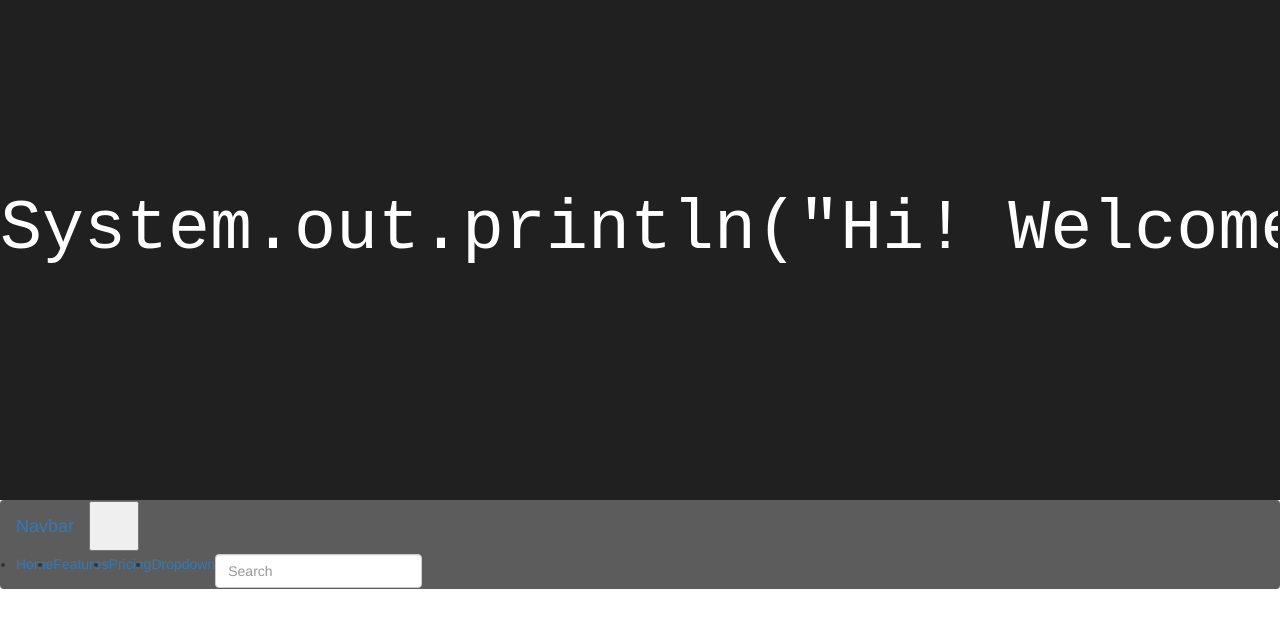
Repository: janry-gracia/Divinagracia_FinalProject
Page: Pages/storyofmylife.html
The author's editor kept a copy of each file at every save. The page is drawn from the files as they stood at one save, then again after the next save.
The browser window is 1280 px wide. The pictures show the whole page.

Above is the page before, as saved 2021-05-18 01:20:20.
Console error: TypeError: Cannot read properties of null (reading 'addEventListener')

After the next save:
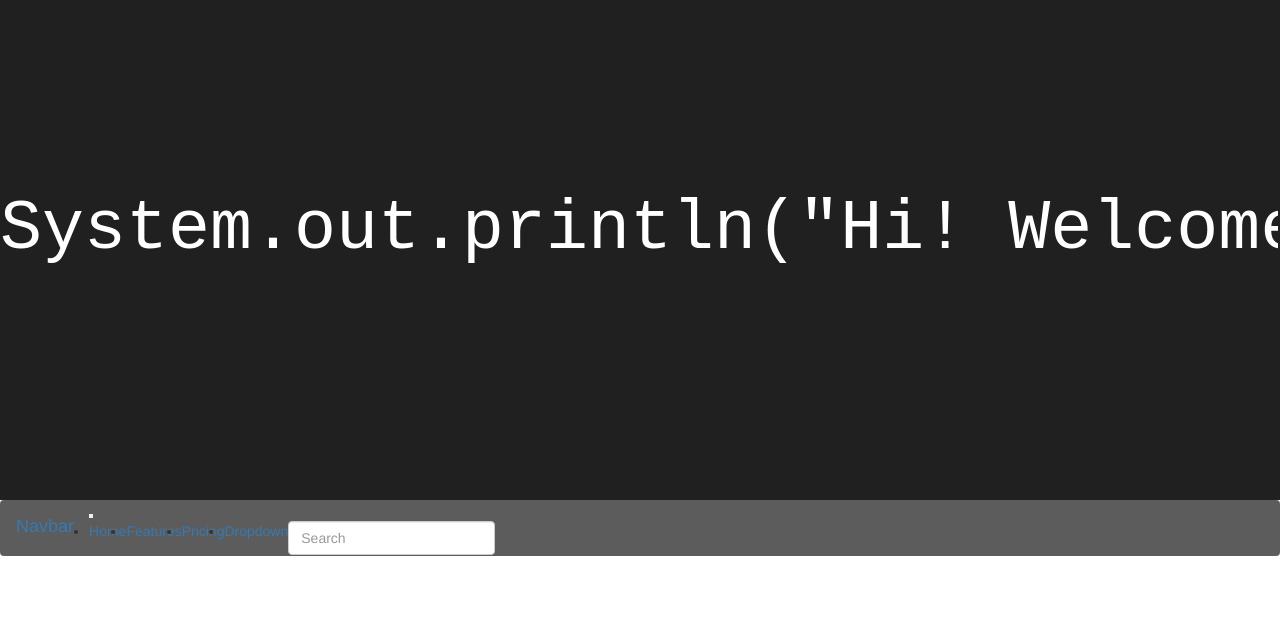
Saved 95 s later.
--- a/css/storyofmylife.css
+++ b/css/storyofmylife.css
@@ -42,10 +42,6 @@ p.message{
     background-color: rgb(92, 92, 92);
 }
 
-.navbar-toggler{
-    width: 50px;
-    height: 50px;
-}
 
 
 
